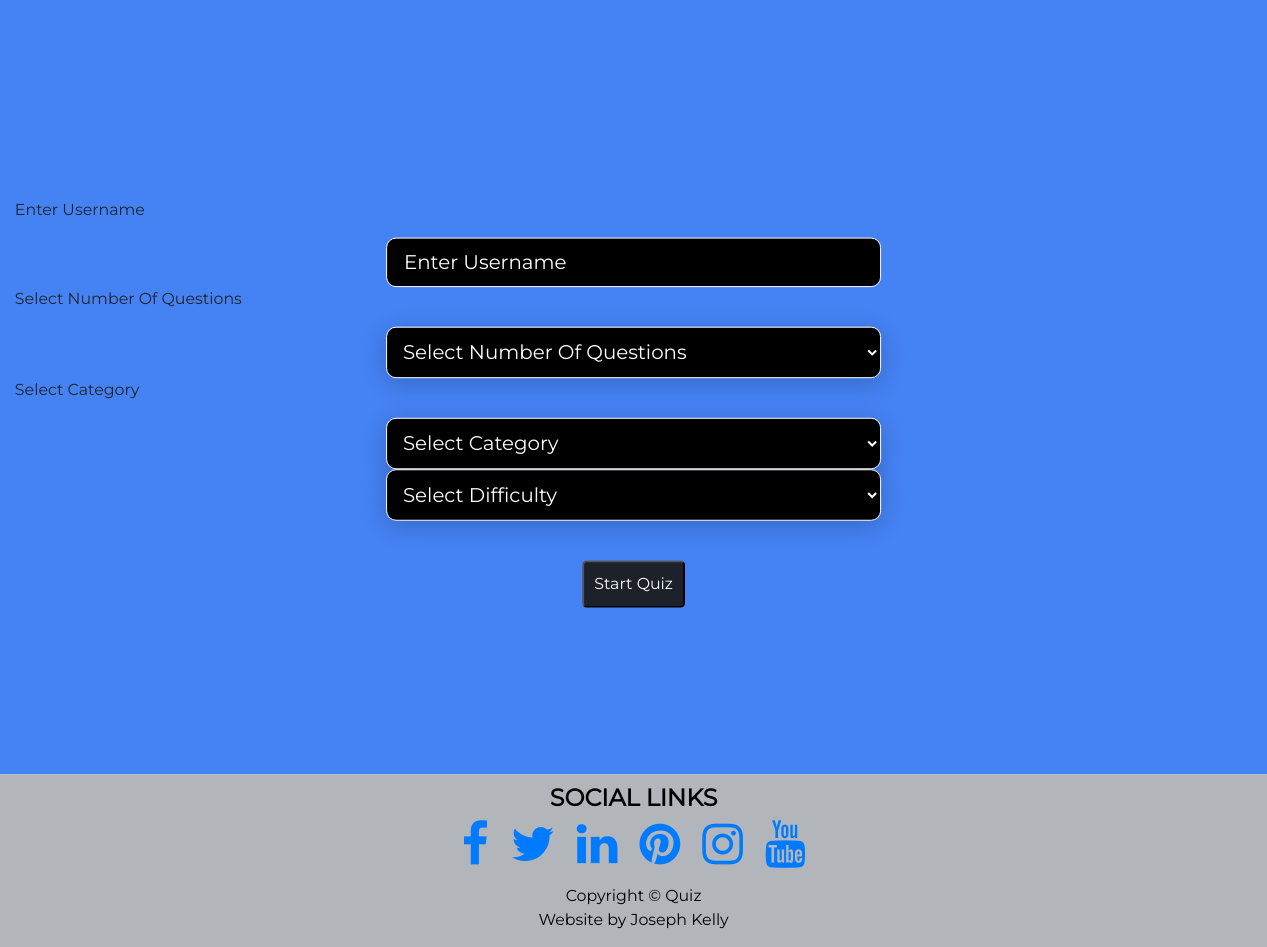
Repository: Code-Institute-Submissions/quiz-1
Page: load.html
The author's editor kept a record of every edit. The page is drawn from the files as they stood at one moment, then again after the next edit.
The browser window is 1280 px wide. The pictures show the whole page, at 99% of full size.

Above is the page before.

After the next edit:
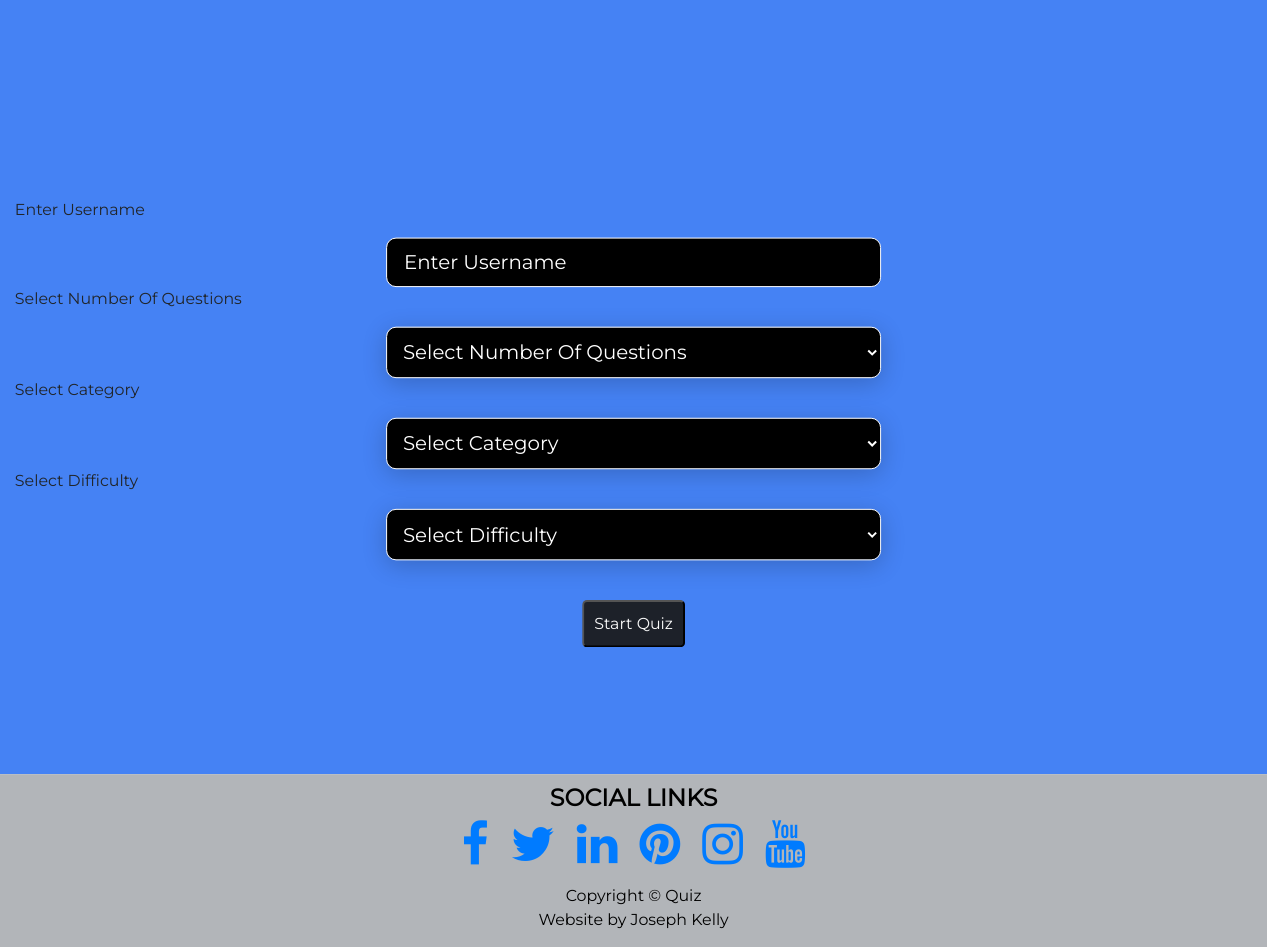
The edit:
--- a/load.html
+++ b/load.html
@@ -60,6 +60,7 @@
                     </select>
                 </div>
                 <div class="box">
+                    <p>Select Difficulty</p>
                     <select class="select-difficulty" id="difficulty" onchange="apiValues();">
                         <option value="" disabled selected hidden>Select Difficulty</option>
                         <option data-difficulty="easy">Easy</option>
